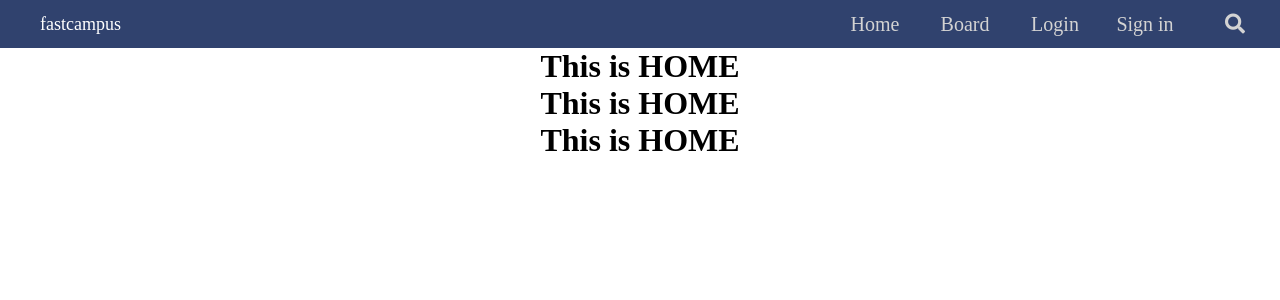
Repository: ReneeKang/Spring_jungsuk
Page: http://localhost/ch2/
These files come from the project's save history. The page is drawn as it stood at one moment and after the next save; the edit follows.
The browser window is 1280 px wide. The pictures show the whole page.
Some web libraries are served in a nearby version. The page is served by Tomcat 9.

Above is the page before, as saved 2022-04-17 08:20:59.

After the next save:
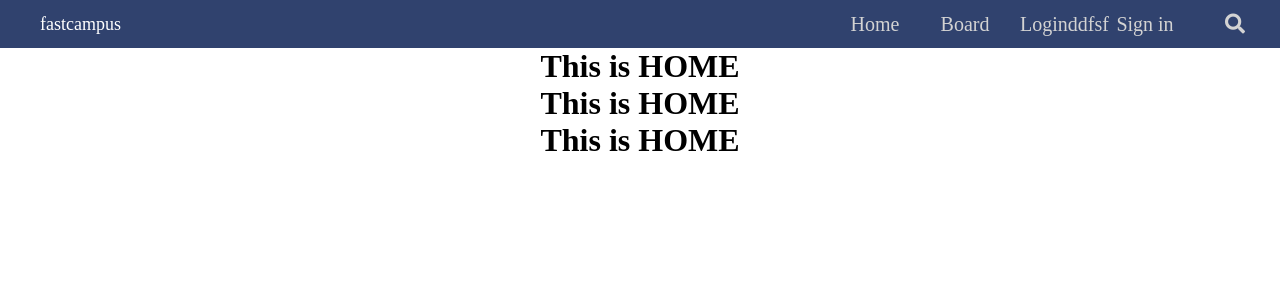
Saved 38 min 15 s later.
--- a/ch2/src/main/webapp/WEB-INF/views/index.jsp
+++ b/ch2/src/main/webapp/WEB-INF/views/index.jsp
@@ -18,7 +18,7 @@
 	    <li id="logo">fastcampus</li>
 	    <li><a href="<c:url value='/'/>">Home</a></li>
 	    <li><a href="<c:url value='/board/list'/>">Board</a></li>
-	    <li><a href="<c:url value='${loginOutLink}'/>">${loginOut}</a></li>
+	    <li><a href="<c:url value='${loginOutLink}'/>">${loginOut}ddfsf</a></li>
 	    <li><a href="<c:url value='/register/add'/>">Sign in</a></li>
 	    <li><a href=""><i class="fas fa-search small"></i></a></li>
 	</ul>

After the save that followed:
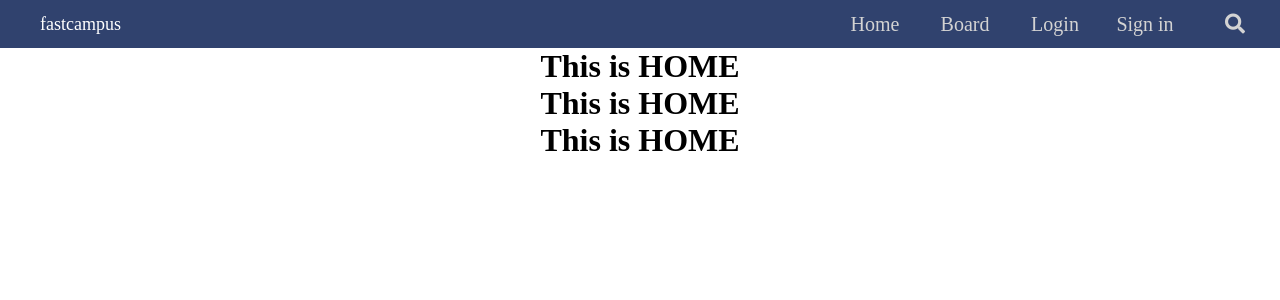
Saved 34 s later.
--- a/ch2/src/main/webapp/WEB-INF/views/index.jsp
+++ b/ch2/src/main/webapp/WEB-INF/views/index.jsp
@@ -18,7 +18,7 @@
 	    <li id="logo">fastcampus</li>
 	    <li><a href="<c:url value='/'/>">Home</a></li>
 	    <li><a href="<c:url value='/board/list'/>">Board</a></li>
-	    <li><a href="<c:url value='${loginOutLink}'/>">${loginOut}ddfsf</a></li>
+	    <li><a href="<c:url value='${loginOutLink}'/>">${loginOut}</a></li>
 	    <li><a href="<c:url value='/register/add'/>">Sign in</a></li>
 	    <li><a href=""><i class="fas fa-search small"></i></a></li>
 	</ul>
